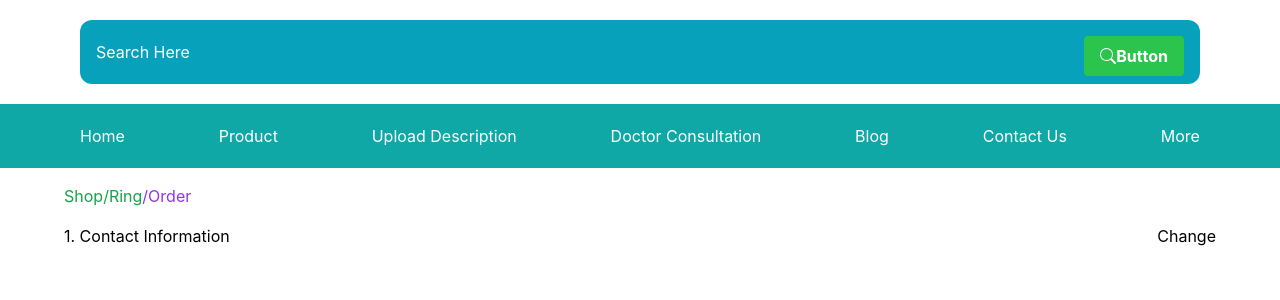
Repository: arafatmollah/form-pharma
Page: /
These files come from the project's save history. The page is drawn as it stood at one moment and after a run of saves; the edit follows.
The browser window is 1280 px wide. The pictures show the whole page.
The project was rebuilt for these pictures with package versions that can differ from the ones it lists, and the page was loaded fresh each time.

Above is the page before, as saved 2023-03-14 23:41:46.

After the next 4 saves:
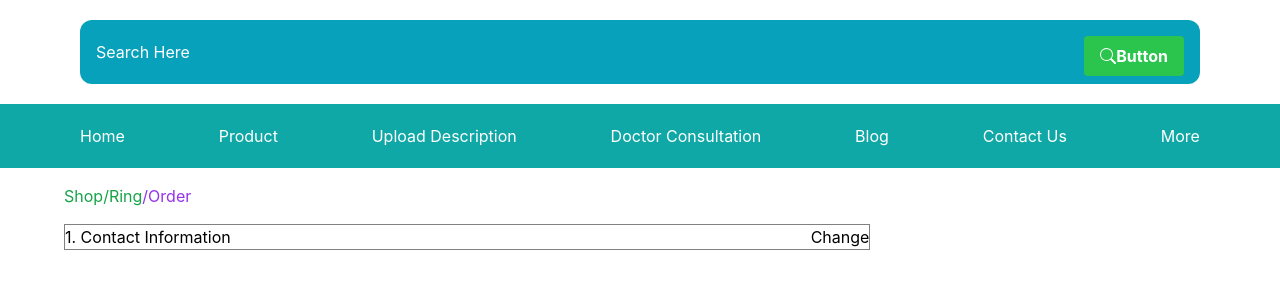
The 4 saves are shown as one change because 1 did not build or start and some came seconds apart.
The last was saved 14 s later.
--- a/src/App.css
+++ b/src/App.css
@@ -16,5 +16,6 @@
   background-color: #0FA8A6;
 }
 .info{
-  width: ;
+  width: 70%;
+  border: 1px solid gray;
 }
